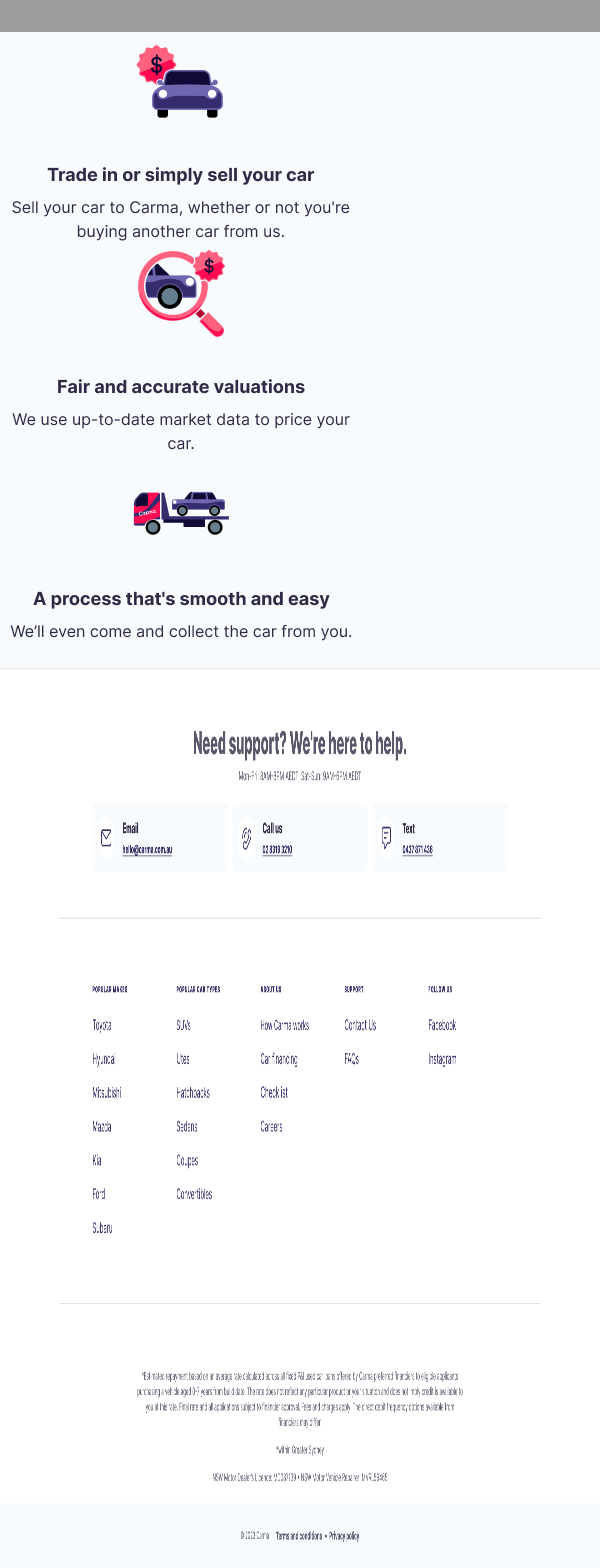
Repository: KHANas02/project
Page: index.html
The author's editor kept a copy of each file at every save. The page is drawn from the files as they stood at one save, then again after the next save.
The browser window is 600 px wide. The pictures show the part of the page from y = 468 to 2036 px (the page is 2036 px tall before and 1536 px after).
Pictures or frames that could not be fetched are drawn as grey boxes.

Above is the page before, as saved 2024-03-31 21:41:29.

### index.html
<!DOCTYPE html>
<html lang="en">
  <head>
    <meta charset="UTF-8" />
    <meta name="viewport" content="width=device-width, initial-scale=1.0" />
    <title>by_me</title>
  </head>
  <link rel="stylesheet" href="./style.css" />
  <link rel="stylesheet" href="./media.css" />
  <body>
    <div class="div1">
      <div class="section1">
        <div class="section1text">
          <b
            >Sell or trade in your <br />
            car with us</b
          >
          <br />
          <br />

          <img src="Section.png" alt="" class="section1photo" />
        </div>
      </div>
    </div>
    <div class="seciton2">
      <div class="seciton2img1">
        <img src="div img1.png" alt="" />
      </div>
      <div class="seciton2img2">
        <img src="div (2).png" alt="" class="section2img2" />
      </div>
      <div class="seciton2img3">
        <img src="div (3).png" alt="" />
      </div>
    </div>

<div class="footer">
  <img src="Footer.png" alt="" class="footer1">
</div>

  </body>
</html>

### style.css
.section1 {
  width: 100%;
  height: 500px;
  background-image: url(https://s3-alpha-sig.figma.com/img/86fe/255f/e03f2da3b25937c8cb1c2a74028eb3ad?Expires=1712534400&Key-Pair-Id=APKAQ4GOSFWCVNEHN3O4&Signature=pn~z3YThs1wl5Y0Wfhk~03bT84deIkKZy~~ViNb8p7GILtPJxnwJ3nbUUL65ldgiivaH30h7trtS2bEDOwae8yvul9GAZ-YMWeTW7EMM~Ei84BmvK2UWqeqftqZm0PMWPqpVA1lGNVhbxGvyrhY1iEYltm7p5t9OfBln-ZTisd6695e97gCmaWRLMnVwUO5fQ3CYvWKElSl3uRAL2laEn7uDtpQqVEruZXj8KgVYJyjMAWXe~4EXdGHynypWnZdDh958Cdy4LaHzdezNt~HSDZKrSe6S-PqvEwvXFK1EjV-My8TTX0KLEncR6UDPFA5N1mDHXqqrj2ecqQoQMWxfog__);
  background-repeat: no-repeat;
  background-size: cover;
  margin: 0 auto;
}
.section1text {
  font-family: Inter;
  font-size: 30px;
  font-weight: 700;
  line-height: 40px;
  text-align: center;
  color: aliceblue;
  position: relative;
  top: 60px;
}

.section1photo {
  width: 300px;
  height: 300px;
  position: relative;
  top: -15px;
  margin: 0 auto;
}
.section2 {
  display: flex;
  align-items: center;
  justify-content: center;
}
.section3img {
  width: 100%;
  height: 400px;
}
body {
  background-color: #f8fbfe;
  margin: 0 auto;
}
.footer1 {
  width: 100%;
  height: 900px;

}

### media.css
@media screen and (min-width: 425px) and (max-width: 767px) {
 img {
    display: flex;
    align-items: center;
    justify-content: center;
  }
  .img {
    width: 60%;
    height: auto;
  }
  .footer1{
     width: 100%;
  height: 900px;

    background-image: url(footer2.png);
    background-repeat: no-repeat;
    background-size: cover;
    margin: 0
    auto;
  }
}

After the next save:
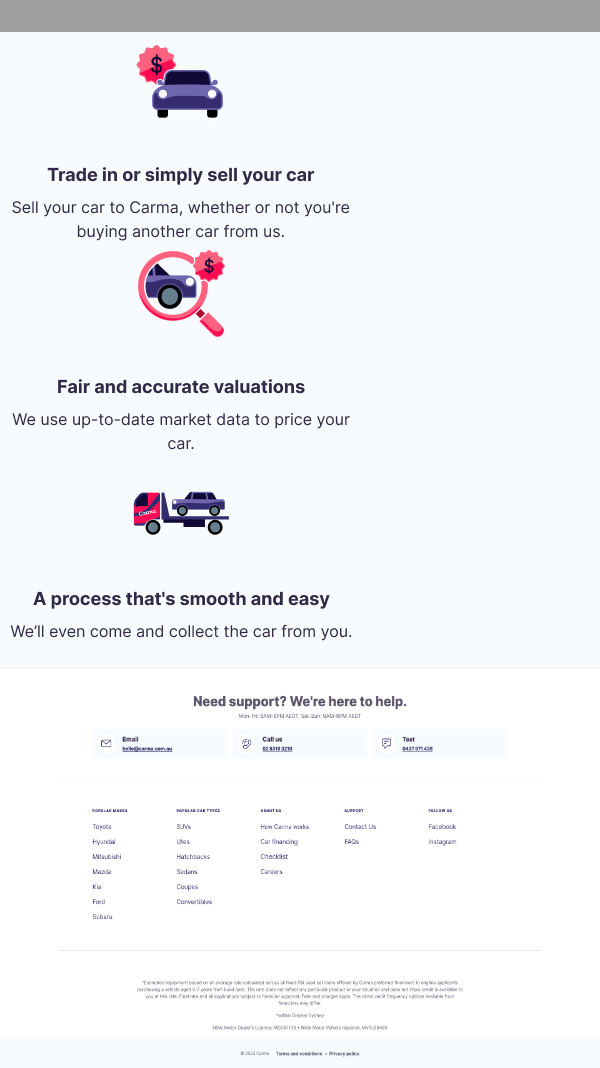
Saved 4 s later.
--- a/media.css
+++ b/media.css
@@ -1,5 +1,5 @@
 @media screen and (min-width: 425px) and (max-width: 767px) {
- img {
+  img {
     display: flex;
     align-items: center;
     justify-content: center;
@@ -8,14 +8,13 @@
     width: 60%;
     height: auto;
   }
-  .footer1{
-     width: 100%;
-  height: 900px;
+  .footer1 {
+    width: 100%;
+    height: 400px;
 
     background-image: url(footer2.png);
     background-repeat: no-repeat;
     background-size: cover;
-    margin: 0
-    auto;
+    margin: 0 auto;
   }
 }
